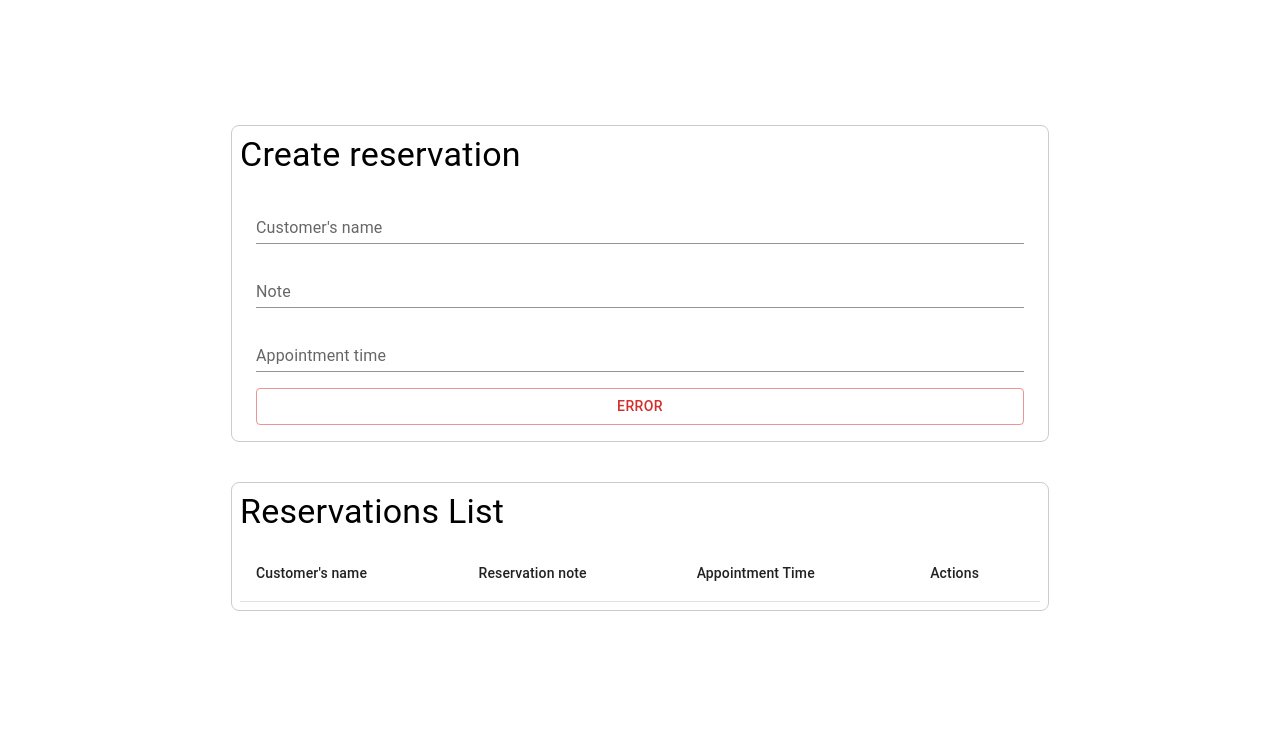
Repository: dovix58/PSP
Page: /beauty (app in frontEnd/)
The author's editor kept a copy of each file at every save. The page is drawn from the files as they stood at one save, then again after a run of saves.
The browser window is 1280 px wide. The pictures show the whole page.
The page's requests for data from a server got no answer. The project was rebuilt for these pictures with package versions that can differ from the ones it lists, and the page was loaded fresh each time. No one was signed in, and anything a server would have sent is missing. Also part of the build but not shown: frontEnd/vite.config.ts, frontEnd/src/LandingPage.tsx, frontEnd/src/api/productAPI.ts, frontEnd/src/CreateOrder.tsx, frontEnd/src/api/OrderApi.ts, frontEnd/src/PaymentModal.tsx, frontEnd/src/OrderList.tsx, frontEnd/src/Styles.ts and 3 more.

Above is the page before, as saved 2024-12-19 13:47:26.

### frontEnd/src/main.tsx
import React from 'react';
import ReactDOM from 'react-dom/client';
import {createBrowserRouter, RouterProvider} from "react-router-dom";
import LandingPage from "./LandingPage";
import CateringPage from "./CatringPage";
import BeautyPage from "./BeautyPage";

const router = createBrowserRouter([
    {
        path: '/',
        element: <LandingPage />
    },
    {
        path: '/catering',
        element: <CateringPage />
    },
    {
        path: "/beauty",
        element: <BeautyPage/>
    }
]);
ReactDOM.createRoot(
    document.getElementById('root') as HTMLElement
).render(
    <React.StrictMode>
        <RouterProvider router={router} />
    </React.StrictMode>
);

### frontEnd/src/BeautyPage.tsx
import React from "react";
import { Box } from "@mui/material";
import ReservationList from "./ReservationList";
import CreateReservation from "./CreateReservation";

export default function BeautyPage() {
  return (
    <Box
      component="div"
      sx={{
        display: "flex",
        flexDirection: "column",
        alignItems: "center",
        justifyContent: "center",
        height: "100vh",
        gap: 3,
      }}
    >
      <CreateReservation />
      <ReservationList />
    </Box>
  );
}

### frontEnd/src/ReservationList.tsx
import React, { useEffect, useState } from "react";
import { format } from "date-fns";
import {
  Box,
  Typography,
  CircularProgress,
  Table,
  TableContainer,
  TableHead,
  TableRow,
  TableCell,
  TableBody,
  Button,
} from "@mui/material";

interface Reservation {
  id: string; // UUID
  businessId: string; // UUID
  userId: string; // UUID
  customer: string;
  note: string;
  createdAt: string; // ISO 8601 DateTime format
  updatedAt: string; // ISO 8601 DateTime format
  appointmentTime: string; // ISO 8601 DateTime format
}

type ReservationsResponse = Reservation[];

export default function ReservationList() {
  const [reservations, setReservations] = useState<null | ReservationsResponse>(
    null
  );
  const [isLoading, setIsLoading] = useState(false);

  //Handler for a delete button
  const onDeleteHandler = async (id: string) => {
    try {
      const success = await deleteReservations(id);
      if (success) {
        await getReservations(); // Fetch updated reservations only on success
      }
    } catch (error) {
      console.error("Error during deletion:", error);
    }
  };

  const deleteReservations = async (id: string): Promise<boolean> => {
    try {
      const response = await fetch(`api/v1/reservations/${id}`, {
        method: "DELETE",
      });
      if (response.status === 204) {
        console.log("Reservation deleted successfully.");
        return true;
      } else {
        console.error("Failed to delete the reservation.");
        return false;
      }
    } catch (error) {
      console.error("Error during deletion:", error);
      return false;
    }
  };

  const getReservations = async () => {
    setIsLoading(true);
    try {
      const res = await fetch("api/v1/reservations");
      const resData = await res.json();
      console.log(resData);
      setReservations(resData);
      setIsLoading(false);
    } catch (e) {
      setIsLoading(false);
      console.error("Error fetching reservations:", e);
    }
  };

  useEffect(() => {
    getReservations();
  }, []);
  return (
    <Box
      sx={{
        border: "1px solid #ccc",
        borderRadius: "8px",
        padding: "8px",
        margin: "8px 0",
        maxHeight: 400,
        width: 800,
        overflowY: "auto",
      }}
    >
      <Typography variant="h4" gutterBottom>
        Reservations List
      </Typography>{" "}
      {isLoading ? (
        <CircularProgress />
      ) : reservations != null && reservations.length === 0 ? (
        <Typography variant="h6">No reservations are made...</Typography>
      ) : (
        <TableContainer>
          <Table>
            <TableHead>
              <TableRow>
                <TableCell align="left">Customer's name</TableCell>
                <TableCell align="left">Reservation note</TableCell>
                <TableCell align="left">Appointment Time</TableCell>
                <TableCell align="left">Actions</TableCell>
              </TableRow>
            </TableHead>
            <TableBody>
              {reservations?.map((r, index) => (
                <TableRow key={r.id}>
                  <TableCell align="left">{r.customer}</TableCell>
                  <TableCell align="left">{r.note}</TableCell>
                  <TableCell align="left">
                    {format(new Date(r.appointmentTime), "MMMM d, yyyy hh:mm ")}
                  </TableCell>
                  <TableCell align="left">
                    <Button
                      variant="outlined"
                      color="error"
                      onClick={() => onDeleteHandler(r.id)}
                    >
                      Delete
                    </Button>
                  </TableCell>
                </TableRow>
              ))}
            </TableBody>
          </Table>
        </TableContainer>
      )}
    </Box>
  );
}

### frontEnd/src/CreateReservation.tsx
import React from "react";
import { Box, Typography, TextField, Stack, Button } from "@mui/material";

export default function CreateReservation() {
  return (
    <Box
      sx={{
        border: "1px solid #ccc",
        borderRadius: "8px",
        padding: "8px",
        margin: "8px 0",
        maxHeight: 400,
        width: 800,
        overflowY: "auto",
      }}
    >
      <Typography variant="h4" gutterBottom>
        Create reservation
      </Typography>
      <Box sx={{ display: "flexColumn", px: 2, py: 1 }}>
        <form>
          <Stack spacing={2}>
            <TextField id="name" label="Customer's name" variant="standard" />
            <TextField id="note" label="Note" variant="standard" />
            <TextField id="time" label="Appointment time" variant="standard" />
            <Button variant="outlined" color="error">
              Error
            </Button>
          </Stack>
        </form>
      </Box>
    </Box>
  );
}

Loaded but not shown: frontEnd/index.html (common file)

After the next 3 saves:
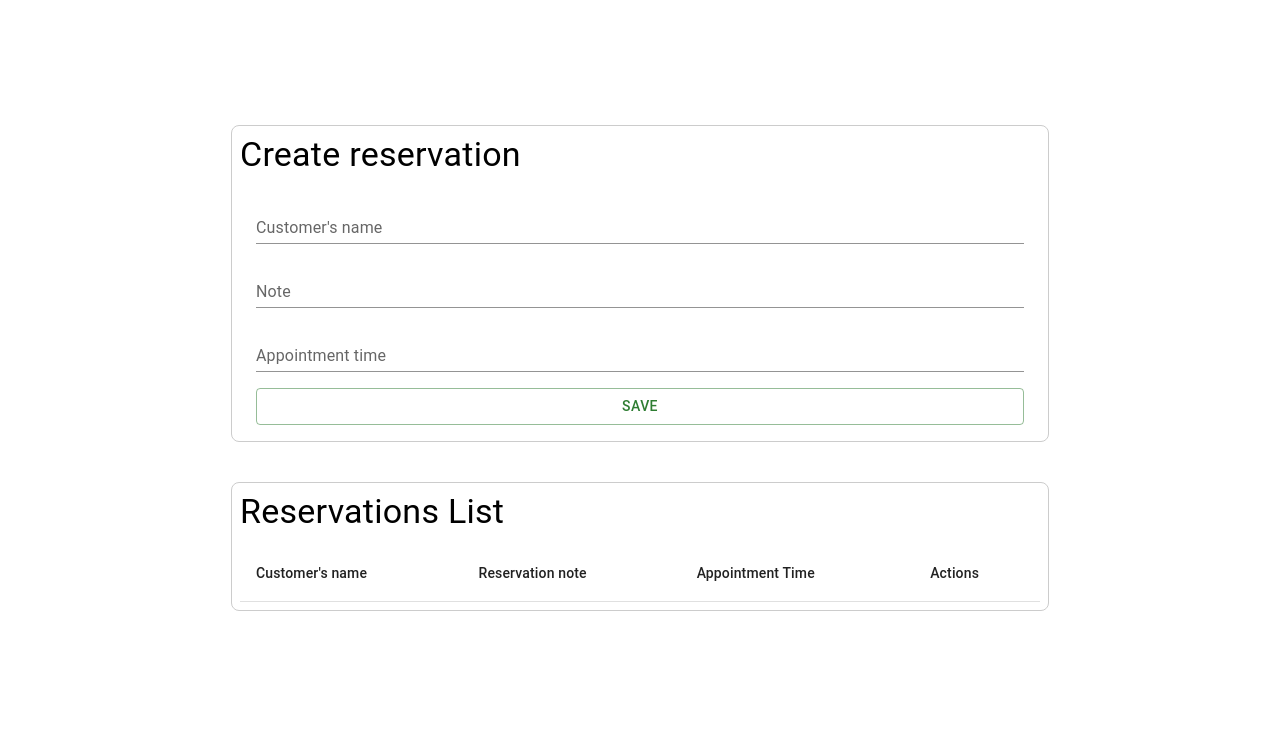
The 3 saves are shown as one change because they came seconds apart.
The last was saved 12 s later.
--- a/frontEnd/src/CreateReservation.tsx
+++ b/frontEnd/src/CreateReservation.tsx
@@ -23,8 +23,8 @@ export default function CreateReservation() {
             <TextField id="name" label="Customer's name" variant="standard" />
             <TextField id="note" label="Note" variant="standard" />
             <TextField id="time" label="Appointment time" variant="standard" />
-            <Button variant="outlined" color="error">
-              Error
+            <Button variant="outlined" color="success">
+              Save
             </Button>
           </Stack>
         </form>
